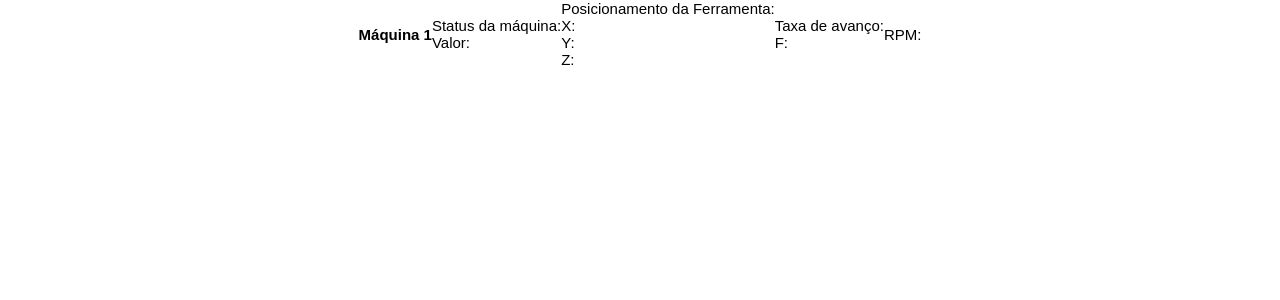
Repository: Murilo-Herrick/Dados-Faculdade
Page: Faculdade - SENAI/1º Semestre/Projeto Integrador/Desenvolvimento/WEB/Monitoramento_CNC_V0.2/TelaPrincipal.html
These files come from the project's save history. The page is drawn as it stood at one moment and after the next save; the edit follows.
The browser window is 1280 px wide. The pictures show the whole page.

Above is the page before, as saved 2024-05-17 01:06:41.

### Faculdade - SENAI/1º Semestre/Projeto Integrador/Desenvolvimento/WEB/Monitoramento_CNC_V0.2/TelaPrincipal.html
<!DOCTYPE html>
<html lang="pt_">
<head>
    <meta charset="UTF-8">
    <meta name="viewport" content="width=device-width, initial-scale=1.0">
    <title>Máquina CNC</title>
    <link rel="stylesheet" href="css/TelaPrincipal.css">
</head>
<body>
    <h1>Máquina 1</h1>
    <div></div>
    <div id="statusMaquina">
        <label for="status" id="tituloStatus">Status da máquina: </label>
        <p id="valorDoStatus">Valor: </p>
    </div>
    <div id="posicionamentoFerramenta">
        <label for="posicionamento" id="tituloPosicionamento">Posicionamento da Ferramenta: </label>
        <p id="eixo_X">X: </p>
        <p id="eixo_Y">Y: </p>
        <p id="eixo_Z">Z: </p>
    </div>
    <div id="taxaDeAvanco">
        <label for="taxaAvanco">Taxa de avanço: </label>
        <p id="valorAvanco">F: </p>
    </div>
    <div id="rpmMaquina">
        <label for="rpm">RPM: </label>
        <p id="valorRPM"> </p>
    </div>
    <script src="js/TelaPrincipal.js"></script>
</body>
</html>

### Faculdade - SENAI/1º Semestre/Projeto Integrador/Desenvolvimento/WEB/Monitoramento_CNC_V0.2/css/TelaPrincipal.css
* {
    margin: 0;
    padding: 0;
    font-family: Arial, Helvetica, sans-serif;
    font-size: 15px;
    box-sizing: border-box;
}

body {
    display: flex;
    justify-content: center;
    align-items: center;
    min
}

Loaded but not shown: Faculdade - SENAI/1º Semestre/Projeto Integrador/Desenvolvimento/WEB/Monitoramento_CNC_V0.2/js/TelaPrincipal.js (no copy from this time; the picture is the same without it)

After the next save:
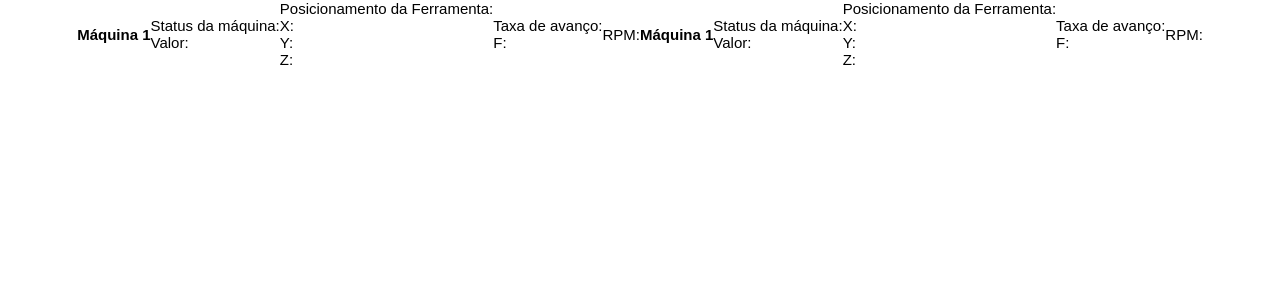
Saved 8 s later.
--- a/Faculdade - SENAI/1º Semestre/Projeto Integrador/Desenvolvimento/WEB/Monitoramento_CNC_V0.2/TelaPrincipal.html
+++ b/Faculdade - SENAI/1º Semestre/Projeto Integrador/Desenvolvimento/WEB/Monitoramento_CNC_V0.2/TelaPrincipal.html
@@ -1,3 +1,35 @@
+<!DOCTYPE html>
+<html lang="pt_">
+<head>
+    <meta charset="UTF-8">
+    <meta name="viewport" content="width=device-width, initial-scale=1.0">
+    <title>Máquina CNC</title>
+    <link rel="stylesheet" href="css/TelaPrincipal.css">
+</head>
+<body>
+    <h1>Máquina 1</h1>
+    <div class="colum"></div>
+    <div id="statusMaquina">
+        <label for="status" id="tituloStatus">Status da máquina: </label>
+        <p id="valorDoStatus">Valor: </p>
+    </div>
+    <div id="posicionamentoFerramenta">
+        <label for="posicionamento" id="tituloPosicionamento">Posicionamento da Ferramenta: </label>
+        <p id="eixo_X">X: </p>
+        <p id="eixo_Y">Y: </p>
+        <p id="eixo_Z">Z: </p>
+    </div>
+    <div id="taxaDeAvanco">
+        <label for="taxaAvanco">Taxa de avanço: </label>
+        <p id="valorAvanco">F: </p>
+    </div>
+    <div id="rpmMaquina">
+        <label for="rpm">RPM: </label>
+        <p id="valorRPM"> </p>
+    </div>
+    <script src="js/TelaPrincipal.js"></script>
+</body>
+</html>
 <!DOCTYPE html>
 <html lang="pt_">
 <head>
